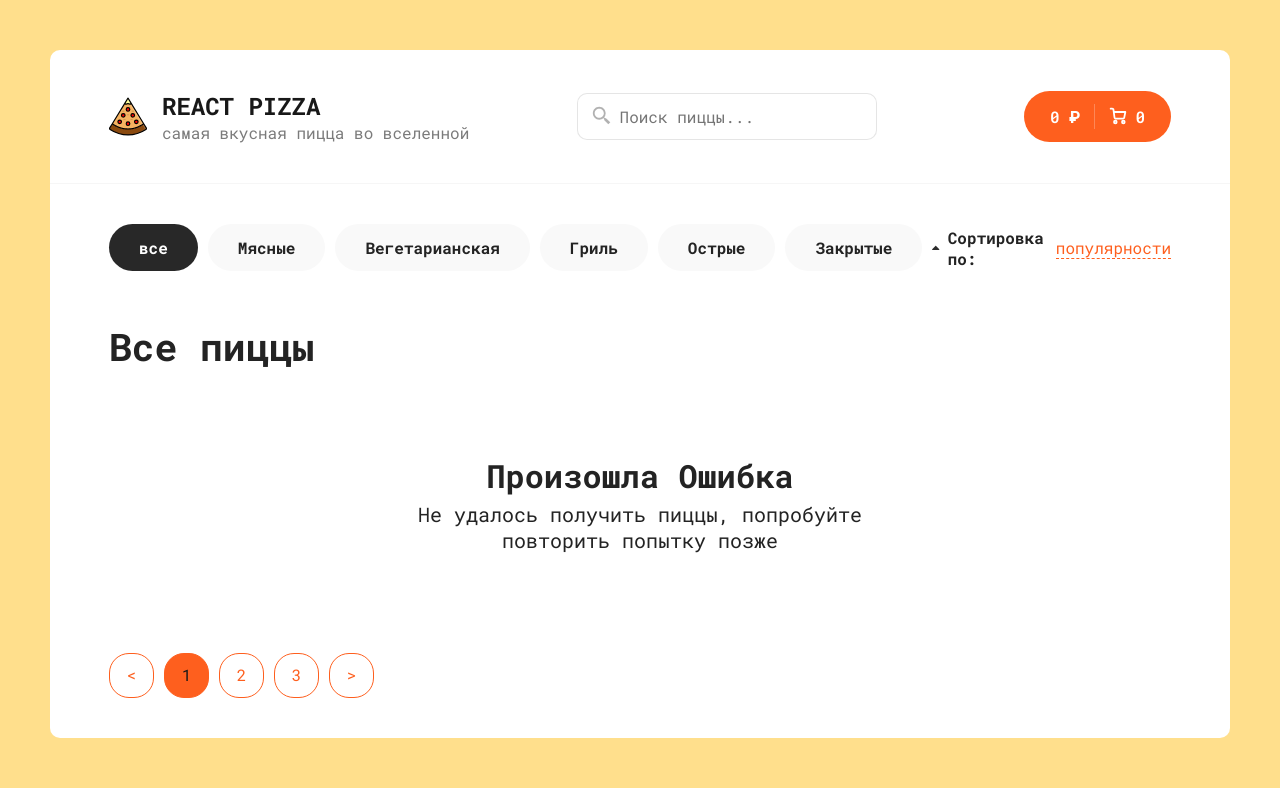
Repository: TI-IT/react-pizza2
Page: /
These files come from the project's save history. The page is drawn as it stood at one moment and after the next save; the edit follows.
The browser window is 1280 px wide. The pictures show the whole page.
The page's requests for data from a server got no answer. The project was rebuilt for these pictures with package versions that can differ from the ones it lists, and the page was loaded fresh each time. No one was signed in, and anything a server would have sent is missing. Also part of the build but not shown: src/components/PizzaBlock.jsx, src/components/CartItem.jsx, src/components/CartEmpty.jsx, src/pages/Cart.jsx, src/pages/FullPizza.jsx, src/components/NotFoundBlock/NotFounBlock.module.scss, src/components/NotFoundBlock/index.jsx, src/pages/NotFound.tsx.

Above is the page before, as saved 2022-10-22 21:02:25.

### public/index.html
<!DOCTYPE html>
<html lang="en">
  <head>
    <meta charset="utf-8" />
    <link rel="icon" href="%PUBLIC_URL%/favicon.ico" />
    <link rel="preconnect" href="https://fonts.googleapis.com" />
    <link rel="preconnect" href="https://fonts.gstatic.com" crossorigin />
    <link
      href="https://fonts.googleapis.com/css2?family=Roboto+Mono:wght@300;400;500;600;700&display=swap"
      rel="stylesheet"
    />
    <meta name="viewport" content="width=device-width, initial-scale=1" />
    <meta name="theme-color" content="#000000" />
    <meta
      name="description"
      content="Web site created using create-react-app"
    />
    <link rel="apple-touch-icon" href="%PUBLIC_URL%/logo192.png" />
    <!--
      manifest.json provides metadata used when your web app is installed on a
      user's mobile device or desktop. See https://developers.google.com/web/fundamentals/web-app-manifest/
    -->
    <link rel="manifest" href="%PUBLIC_URL%/manifest.json" />
    <!--
      Notice the use of %PUBLIC_URL% in the tags above.
      It will be replaced with the URL of the `public` folder during the build.
      Only files inside the `public` folder can be referenced from the HTML.

      Unlike "/favicon.ico" or "favicon.ico", "%PUBLIC_URL%/favicon.ico" will
      work correctly both with client-side routing and a non-root public URL.
      Learn how to configure a non-root public URL by running `npm run build`.
    -->
    <title>React App</title>
  </head>
  <body>
    <noscript>You need to enable JavaScript to run this app.</noscript>
    <div id="root"></div>
    <!--
      This HTML file is a template.
      If you open it directly in the browser, you will see an empty page.

      You can add webfonts, meta tags, or analytics to this file.
      The build step will place the bundled scripts into the <body> tag.

      To begin the development, run `npm start` or `yarn start`.
      To create a production bundle, use `npm run build` or `yarn build`.
    -->
  </body>
</html>

### src/index.tsx
import React from 'react'
import ReactDOM from 'react-dom/client'
import { BrowserRouter } from 'react-router-dom'
import { Provider } from 'react-redux'
import App from './App'
import { store } from './redux/store'

const root = ReactDOM.createRoot(document.getElementById('root'))
root.render(
  <BrowserRouter>
    <Provider store={store}>
      <App />
    </Provider>
  </BrowserRouter>
)

### src/App.js
import React from 'react'
import Header from './components/Header'
import Home from './pages/Home'
import Cart from './pages/Cart'
import FullPizza from './pages/FullPizza.jsx'
import NotFound from './pages/NotFound'
import { Routes, Route, Outlet } from 'react-router-dom'
import './scss/app.scss'

function Parent({ children }) {
  return (
    <div>
      <h1>Заголовок</h1>
      <Outlet />
      <h2>656565656</h2>
    </div>
  )
}

function App() {
  return (
    <div className="wrapper">
      <Header />
      <div className="content">
        <Routes>
          <Route path="/" element={<Home />} />
          <Route path="/cart" element={<Cart />} />
          <Route path="/pizza/:id" element={<FullPizza />} />
          <Route path="*" element={<NotFound />} />
        </Routes>
      </div>
    </div>
  )
}
export default App

### src/components/Header.jsx
import { Link, useLocation } from 'react-router-dom'
import { useSelector } from 'react-redux'
import logoSVG from '../assets/img/pizza-logo.svg'
import Search from './Search'
import { selectCart } from '../redux/slices/cartSlice'

function Header() {
  const { items, totalPrice } = useSelector(selectCart)
  const location = useLocation()

  const totalCount = items.reduce((sum, item) => sum + item.count, 0)

  return (
    <div className="header">
      <div className="container">
        <Link to="/">
          <div className="header__logo">
            <img width="38" src={logoSVG} alt="Pizza logo" />
            <div>
              <h1>React Pizza</h1>
              <p>самая вкусная пицца во вселенной</p>
            </div>
          </div>
        </Link>
        <Search />
        <div className="header__cart">
          {location.pathname !== '/cart' && (
            <Link to="/cart" className="button button--cart">
              <span>{totalPrice} ₽</span>
              <div className="button__delimiter"></div>
              <svg
                width="18"
                height="18"
                viewBox="0 0 18 18"
                fill="none"
                xmlns="http://www.w3.org/2000/svg">
                <path
                  d="M6.33333 16.3333C7.06971 16.3333 7.66667 15.7364 7.66667 15C7.66667 14.2636 7.06971 13.6667 6.33333 13.6667C5.59695 13.6667 5 14.2636 5 15C5 15.7364 5.59695 16.3333 6.33333 16.3333Z"
                  stroke="white"
                  strokeWidth="1.8"
                  strokeLinecap="round"
                  strokeLinejoin="round"
                />
                <path
                  d="M14.3333 16.3333C15.0697 16.3333 15.6667 15.7364 15.6667 15C15.6667 14.2636 15.0697 13.6667 14.3333 13.6667C13.597 13.6667 13 14.2636 13 15C13 15.7364 13.597 16.3333 14.3333 16.3333Z"
                  stroke="white"
                  strokeWidth="1.8"
                  strokeLinecap="round"
                  strokeLinejoin="round"
                />
                <path
                  d="M4.78002 4.99999H16.3334L15.2134 10.5933C15.1524 10.9003 14.9854 11.176 14.7417 11.3722C14.4979 11.5684 14.1929 11.6727 13.88 11.6667H6.83335C6.50781 11.6694 6.1925 11.553 5.94689 11.3393C5.70128 11.1256 5.54233 10.8295 5.50002 10.5067L4.48669 2.82666C4.44466 2.50615 4.28764 2.21182 4.04482 1.99844C3.80201 1.78505 3.48994 1.66715 3.16669 1.66666H1.66669"
                  stroke="white"
                  strokeWidth="1.8"
                  strokeLinecap="round"
                  strokeLinejoin="round"
                />
              </svg>
              <span>{totalCount}</span>
            </Link>
          )}
        </div>
      </div>
    </div>
  )
}

export default Header

### src/pages/Home.jsx
import React from 'react'
import qs from 'qs'
import { Link, useNavigate } from 'react-router-dom'
import { useSelector, useDispatch } from 'react-redux'

import {
  selectFilter,
  setCategoryId,
  setCurrentPage,
  setFilters
} from '../redux/slices/filterSlice'

import Categories from '../components/Categories'
import Sort, { sortList } from '../components/Sort'
import PizzaBlock from '../components/PizzaBlock'
import Skeleton from '../components/PizzaBlock/Skeleton'
import Pagination from '../components/Pagination'
import { fetchPizzas, selectPizzaData } from '../redux/slices/pizzaSlice'

const Home = () => {
  const navigate = useNavigate()
  const dispatch = useDispatch()
  const isSearch = React.useRef(false)
  const isMaunted = React.useRef(false)

  const { items, status } = useSelector(selectPizzaData)
  const { categoryId, sort, currentPage, searchValue } = useSelector(selectFilter)

  const onChangeCategory = id => {
    dispatch(setCategoryId(id))
  }
  const onChangePage = number => {
    dispatch(setCurrentPage(number))
  }

  const getPizzas = async () => {
    const order = sort.sortProperty.includes('-') ? 'asc' : 'desc'
    const sortBy = sort.sortProperty.replace('-', '')
    const category = categoryId > 0 ? `category=${categoryId}` : ''
    const search = searchValue ? `&search=${searchValue}` : ''

    dispatch(
      fetchPizzas({
        order,
        sortBy,
        category,
        search,
        currentPage
      })
    )

    window.scrollTo(0, 0)
  }

  //***---React Pizza v2 — Сохраняем параметры фильтрации в URL---***
  //шаг 2
  //Если изменили параметры и был первый рендер
  React.useEffect(() => {
    if (isMaunted.current) {
      const queryString = qs.stringify({
        sortProperty: sort.sortProperty,
        categoryId,
        currentPage
      })
      navigate(`?${queryString}`)
    }
    isMaunted.current = true
  }, [categoryId, sort.sortProperty, currentPage])

  //***---React Pizza v2 — Сохраняем параметры фильтрации в URL---***
  //шаг 1
  //Если был первый рендер, то проверяем URL-параметры и сохроняем в редуксе
  React.useEffect(() => {
    if (window.location.search) {
      //параметры адресной строки преврощаем в объект -qs.parse
      const params = qs.parse(window.location.search.substring(1))
      const sort = sortList.find(obj => obj.sortProperty === params.sortProperty)
      dispatch(
        setFilters({
          ...params,
          sort
        })
      )

      isSearch.current = true
    }
  }, [])

  //Загрузка один раз
  //***---React Pizza v2 — Сохраняем параметры фильтрации в URL---***
  //шаг 3
  //Если был первый рендер, то запрашиваем пиццы
  React.useEffect(() => {
    getPizzas()
  }, [categoryId, sort.sortProperty, searchValue, currentPage])

  const pizzas = items.map(obj => (
    <Link key={obj.id} to={`/pizza/${obj.id}`}>
      <PizzaBlock {...obj} />
    </Link>
  ))
  const sceletons = [...new Array(6)].map((_, index) => <Skeleton key={index} />)

  return (
    <div className="container">
      <div className="content__top">
        <Categories value={categoryId} onChangeCategory={id => onChangeCategory(id)} />
        <Sort />
      </div>
      <h2 className="content__title">Все пиццы</h2>
      {status === 'error' ? (
        <div className="content__error-info">
          <h2>Произошла Ошибка</h2>
          <p>Не удалось получить пиццы, попробуйте повторить попытку позже</p>
        </div>
      ) : (
        <div className="content__items">{status === 'loading' ? sceletons : pizzas}</div>
      )}
      <Pagination currentPage={currentPage} onChangePage={onChangePage} />
    </div>
  )
}

export default Home

### src/components/Search/index.jsx
import React from 'react'
import debounce from 'lodash.debounce'
import styles from './Search.module.scss'
import { useDispatch } from 'react-redux'
import { setSearchValue } from '../../redux/slices/filterSlice'

const Search = () => {
  const dispatch = useDispatch()
  const [value, setValue] = React.useState('')
  const inputRef = React.useRef()

  const onClickClear = () => {
    dispatch(setSearchValue(''))
    setValue('')
    inputRef.current.focus()
  }

  const updateSearchValue = React.useCallback(
    debounce(str => {
      dispatch(setSearchValue(str))
    }, 350),
    []
  )

  const onChangeInput = event => {
    setValue(event.target.value)
    updateSearchValue(event.target.value)
  }

  return (
    <div className={styles.root}>
      <svg
        className={styles.icon}
        height="24"
        viewBox="0 0 24 24"
        width="24"
        xmlns="http://www.w3.org/2000/svg">
        <path d="M19.023 16.977a35.13 35.13 0 0 1-1.367-1.384c-.372-.378-.596-.653-.596-.653l-2.8-1.337A6.962 6.962 0 0 0 16 9c0-3.859-3.14-7-7-7S2 5.141 2 9s3.14 7 7 7c1.763 0 3.37-.66 4.603-1.739l1.337 2.8s.275.224.653.596c.387.363.896.854 1.384 1.367l1.358 1.392.604.646 2.121-2.121-.646-.604c-.379-.372-.885-.866-1.391-1.36zM9 14c-2.757 0-5-2.243-5-5s2.243-5 5-5 5 2.243 5 5-2.243 5-5 5z" />
      </svg>
      <input
        ref={inputRef}
        value={value}
        onChange={onChangeInput}
        className={styles.input}
        placeholder="Поиск пиццы..."
      />
      {value && (
        <svg
          onClick={onClickClear}
          className={styles.clearIcon}
          height="48"
          viewBox="0 0 48 48"
          width="48"
          xmlns="http://www.w3.org/2000/svg">
          <path d="M38 12.83L35.17 10 24 21.17 12.83 10 10 12.83 21.17 24 10 35.17 12.83 38 24 26.83 35.17 38 38 35.17 26.83 24z" />
          <path d="M0 0h48v48H0z" fill="none" />
        </svg>
      )}
    </div>
  )
}
export default Search

### src/components/Categories.tsx
import React from 'react'

function Categories({ value, onChangeCategory }) {
  const categories = ['все', 'Мясные', 'Вегетарианская', 'Гриль', 'Острые', 'Закрытые']

  return (
    <div className="categories">
      <ul>
        {categories.map((categoryName, i) => (
          <li key={i} onClick={() => onChangeCategory(i)} className={value === i ? 'active' : ''}>
            {categoryName}
          </li>
        ))}
      </ul>
    </div>
  )
}
export default Categories

### src/components/Sort.jsx
import React from 'react'
import { useSelector, useDispatch } from 'react-redux'
import { selectSort, setSort } from '../redux/slices/filterSlice'
export const sortList = [
  { name: 'популярности(DESC)', sortProperty: 'rating' },
  { name: 'популярности(ASC)', sortProperty: '-rating' },
  { name: 'цене(DESC)', sortProperty: 'price' },
  { name: 'цене(ASC)', sortProperty: '-price' },
  { name: 'алфавиту(DESC)', sortProperty: 'title' },
  { name: 'алфавиту(ASC)', sortProperty: '-title' }
]

function Sort() {
  const dispatch = useDispatch()
  const sort = useSelector(selectSort)
  const sortRef = React.useRef()

  const [open, setOpen] = React.useState(false)

  const onClickListItem = obj => {
    dispatch(setSort(obj))
    setOpen(false)
  }

  React.useEffect(() => {
    const handleClickoutside = event => {
      if (!event.path.includes(sortRef.current)) {
        setOpen(false)
      }
    }
    document.body.addEventListener('click', handleClickoutside)

    return () => document.body.removeEventListener('click', handleClickoutside)
  }, [])

  return (
    <div ref={sortRef} className="sort">
      <div className="sort__label">
        <svg
          width="10"
          height="6"
          viewBox="0 0 10 6"
          fill="none"
          xmlns="http://www.w3.org/2000/svg">
          <path
            d="M10 5C10 5.16927 9.93815 5.31576 9.81445 5.43945C9.69075 5.56315 9.54427 5.625 9.375 5.625H0.625C0.455729 5.625 0.309245 5.56315 0.185547 5.43945C0.061849 5.31576 0 5.16927 0 5C0 4.83073 0.061849 4.68424 0.185547 4.56055L4.56055 0.185547C4.68424 0.061849 4.83073 0 5 0C5.16927 0 5.31576 0.061849 5.43945 0.185547L9.81445 4.56055C9.93815 4.68424 10 4.83073 10 5Z"
            fill="#2C2C2C"
          />
        </svg>
        <b>Сортировка по:</b>
        <span onClick={() => setOpen(!open)}>{sort.name}</span>
      </div>
      {open && (
        <div className="sort__popup">
          <ul>
            {sortList.map((obj, i) => (
              <li
                key={i}
                onClick={() => onClickListItem(obj)}
                className={sort.sortProperty === obj.sortProperty ? 'active' : ''}>
                {obj.name}
              </li>
            ))}
          </ul>
        </div>
      )}
    </div>
  )
}

export default Sort

### src/components/PizzaBlock/Skeleton.jsx
import React from 'react'
import ContentLoader from 'react-content-loader'

const Skeleton = props => (
  <ContentLoader
    className="pizza-block"
    speed={2}
    width={280}
    height={465}
    viewBox="0 0 280 465"
    backgroundColor="#f3f3f3"
    foregroundColor="#ecebeb">
    <circle cx="134" cy="127" r="98" />
    <rect x="0" y="465" rx="5" ry="5" width="280" height="32" />
    <rect x="28" y="231" rx="7" ry="7" width="218" height="22" />
    <rect x="33" y="271" rx="19" ry="19" width="213" height="69" />
    <rect x="30" y="365" rx="1" ry="1" width="88" height="27" />
    <rect x="141" y="362" rx="17" ry="17" width="106" height="35" />
  </ContentLoader>
)

export default Skeleton

### src/components/Pagination/index.jsx
import React from 'react'
import ReactPaginate from 'react-paginate'
import styles from './Pagination.module.scss'

const Pagination = ({ onChangePage, currentPage }) => {
  return (
    <div>
      <ReactPaginate
        className={styles.root}
        breakLabel="..."
        nextLabel=">"
        previousLabel="<"
        onPageChange={e => onChangePage(e.selected + 1)}
        pageRangeDisplayed={4}
        pageCount={3}
        forcePage={currentPage - 1}
        renderOnZeroPageCount={null}
      />
    </div>
  )
}

export default Pagination

### src/scss/libs/_normalize.scss
* {
  padding: 0;
  margin: 0;
  list-style: none;
  outline: none;
  font-family: 'Roboto Mono', Roboto, system-ui, Tahoma, sans-serif;
  box-sizing: border-box;
}

html {
  -ms-text-size-adjust: 100%;
  -webkit-text-size-adjust: 100%;
}

body {
  -moz-osx-font-smoothing: grayscale;
  -webkit-font-smoothing: antialiased;
  color: $black;
}

a,
span,
p,
b,
h1,
h2,
h3,
h4,
h5 {
  color: $black;
}

h1 {
  font-size: 48px;
}

h2 {
  font-weight: 600;
  font-size: 28px;
  line-height: 30px;
}

a {
  text-decoration: none;
}

@mixin noselect {
  -webkit-touch-callout: none; /* iOS Safari */
  -webkit-user-select: none; /* Safari */
  -khtml-user-select: none; /* Konqueror HTML */
  -moz-user-select: none; /* Old versions of Firefox */
  -ms-user-select: none; /* Internet Explorer/Edge */
  user-select: none; /* Non-prefixed version, currently
                                  supported by Chrome, Opera and Firefox */
}

### src/scss/components/_header.scss
@import '../variables.scss';

.header {
  border-bottom: 1px solid $gray-line;
  padding: 40px 0;

  .container {
    display: flex;
    align-items: center;
    justify-content: space-between;

    @media (max-width: 645px) {
      flex-direction: column;
      .header__cart {
        margin-top: 20px;
      }
    }
  }

  &__logo {
    display: flex;

    img {
      margin-right: 15px;
    }

    h1 {
      color: #181818;
      font-size: 24px;
      letter-spacing: 1%;
      text-transform: uppercase;
      font-weight: 800;
    }

    p {
      color: #7b7b7b;
    }
  }
}

### src/scss/components/_button.scss
@import '../variables.scss';

.button {
  display: inline-block;
  background-color: $orange;
  border-radius: 30px;
  padding: 10px 20px;
  min-width: 100px;
  text-align: center;
  cursor: pointer;
  transition: background-color $duration ease-in-out, border-color $duration ease-in-out;
  border: 1px solid transparent;
  @include noselect();

  &,
  span {
    color: #fff;
  }

  i,
  span,
  path,
  svg {
    transition: all $duration ease-in-out;
  }

  &:hover {
    background-color: darken($orange, 8%);
  }

  &:active {
    background-color: darken($orange, 12%);
    transform: translateY(1px);
  }

  &--circle {
    display: flex;
    align-items: center;
    justify-content: center;
    width: 32px;
    height: 32px;
    min-width: 32px;
    padding: 0;
    border-width: 2px;
  }

  &--black {
    background-color: $black;

    &:hover,
    &:active {
      background-color: lighten($color: $black, $amount: 10);
    }
  }

  &--outline {
    background-color: #fff;
    border-color: $orange;
    &,
    span {
      color: $orange;
    }

    svg {
      path {
        fill: $orange;
      }
    }

    &:hover {
      background-color: $orange;

      &,
      span {
        color: #fff;
      }

      svg {
        path {
          fill: #fff;
        }
      }
    }

    &:active {
      background-color: darken($orange, 8%);
    }
  }

  &__delimiter {
    width: 1px;
    height: 25px;
    background-color: rgba(255, 255, 255, 0.25);
    margin-left: 14px;
    margin-right: 14px;
  }

  &--add {
    svg {
      margin-right: 2px;
    }

    span {
      font-weight: 600;
      font-size: 16px;
    }

    &:hover {
      i {
        background-color: #fff;
        color: $orange;
      }
    }

    i {
      display: inline-block;
      border-radius: 30px;
      background-color: $orange;
      color: #fff;
      font-weight: 600;
      width: 22px;
      height: 22px;
      font-style: normal;
      font-size: 13px;
      line-height: 22px;
      position: relative;
      top: -1px;
      left: 3px;
    }
  }

  &--cart {
    display: flex;
    align-items: center;
    line-height: 23px;
    padding: 12px 25px;

    svg {
      margin-right: 8px;
      margin-bottom: 1px;
    }

    span {
      font-weight: 600;
      font-size: 16px;
    }
  }
}

### src/scss/components/_sort.scss
@import '../variables.scss';

.sort {
  position: relative;
  &__label {
    display: flex;
    align-items: center;

    svg {
      margin-right: 8px;
    }

    b {
      margin-right: 8px;
    }

    span {
      color: $orange;
      border-bottom: 1px dashed $orange;
      cursor: pointer;
    }
  }

  &__popup {
    position: absolute;
    right: 0;
    margin-top: 15px;
    background: #ffffff;
    box-shadow: 0px 5px 15px rgba(0, 0, 0, 0.09);
    border-radius: 10px;
    overflow: hidden;
    padding: 10px 0;

    ul {
      overflow: hidden;
      li {
        padding: 12px 20px;
        cursor: pointer;

        &.active,
        &:hover {
          background: rgba(254, 95, 30, 0.05);
        }

        &.active {
          font-weight: bold;
          color: $orange;
        }
      }
    }
  }
}

### src/scss/components/_pizza-block.scss
@import '../variables.scss';

.pizza-block {
  width: 280px;
  text-align: center;
  margin-bottom: 65px;

  &-wrapper {
    display: flex;
    justify-content: center;
  }

  &__image {
    width: 260px;
  }

  &__title {
    font-size: 20px;
    font-weight: 900;
    letter-spacing: 1%;
    margin-bottom: 20px;
  }

  &__selector {
    display: flex;
    background-color: #f3f3f3;
    border-radius: 10px;
    flex-direction: column;
    padding: 6px;

    ul {
      display: flex;
      flex: 1;

      &:first-of-type {
        margin-bottom: 6px;
      }

      li {
        padding: 8px;
        flex: 1;
        cursor: pointer;
        font-weight: 600;
        font-size: 14px;
        @include noselect();
        &.active {
          background: #ffffff;
          box-shadow: 0px 2px 4px rgba(0, 0, 0, 0.04);
          border-radius: 5px;
          cursor: auto;
        }
      }
    }
  }

  &__bottom {
    display: flex;
    align-items: center;
    justify-content: space-between;
    margin-top: 20px;
  }

  &__price {
    font-weight: bold;
    font-size: 22px;
    line-height: 27px;
    letter-spacing: 0.015em;
  }
}

### src/components/Search/Search.module.scss
.root {
  position: relative;
  left: -20px;
}

.input {
  border: 1px solid rgba(0, 0, 0, 0.1);
  padding: 12px 20px;
  padding-left: 42px;
  width: 300px;
  border-radius: 10px;
  font-size: 16px;

  &:focus {
    border: 1.5px solid rgba(151, 81, 16, 0.4);
  }
}
.icon {
  width: 22px;
  height: 22px;
  opacity: 0.3;
  position: absolute;
  left: 14px;
  top: 12px;
}
.clearIcon {
  width: 18px;
  height: 18px;
  opacity: 0.3;
  position: absolute;
  right: 15px;
  top: 15px;
  cursor: pointer;

  &:hover {
    opacity: 0.8;
  }
}

### src/components/Pagination/Pagination.module.scss
.root {
  li {
    display: inline-block;
  }

  a {
    text-align: center;
    width: 45px;
    line-height: 42px;
    height: 45px;
    border: 1px solid #fe5f1e;
    border-radius: 20px;
    margin-right: 10px;
    cursor: pointer;
    display: inline-block;
    color: #fe5f1e;
    &:hover {
      background-color: gold;
      a {
        color: rgb(255, 255, 255);
      }
    }
  }
  :global {
    .selected {
      a {
        background-color: #fe5f1e;
        color: rgb(22, 24, 24);
      }
    }
  }
}

Loaded but not shown: src/scss/_variables.scss (common file); src/scss/components/_all.scss (common file); src/scss/components/_categories.scss (common file); src/redux/slices/pizzaSlice.js (51 lines, source omitted); src/redux/slices/cartSlice.js (47 lines, source omitted); src/redux/slices/filterSlice.js (43 lines, source omitted); src/redux/store.js (12 lines, source omitted); src/scss/app.scss (386 lines, source omitted)

After the next save:
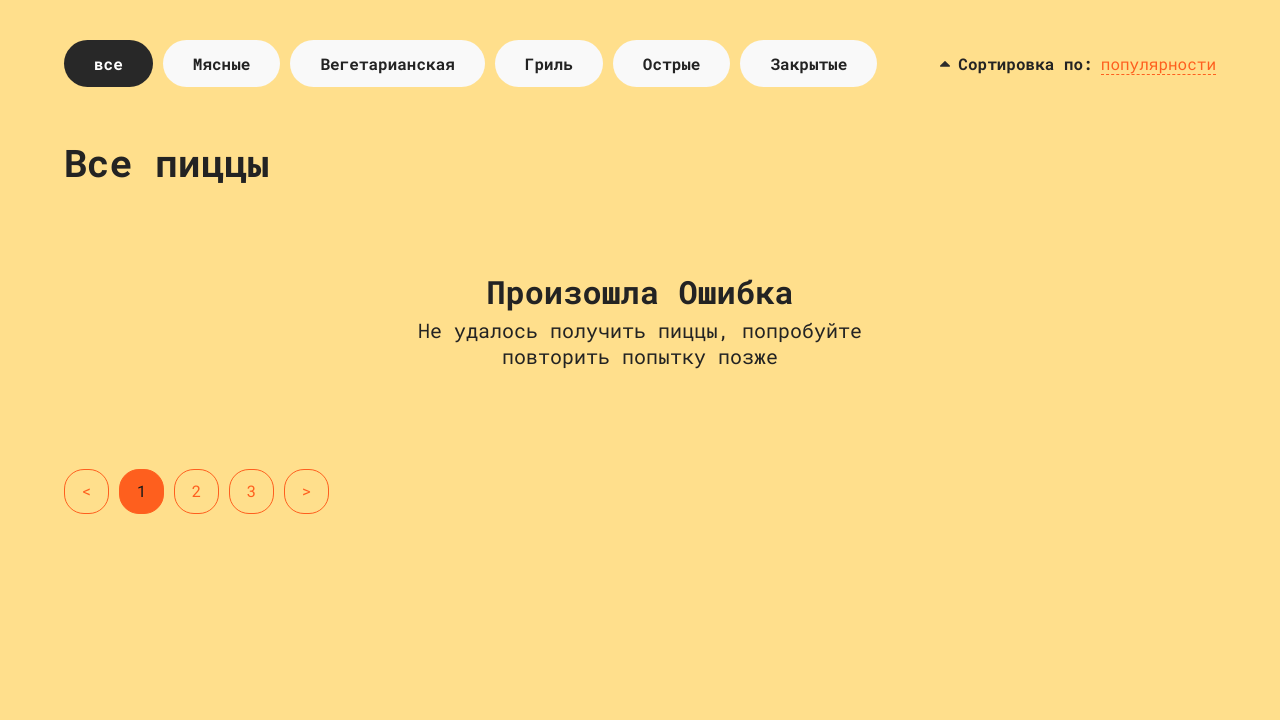
Saved 30 s later.
--- a/src/App.js
+++ b/src/App.js
@@ -19,16 +19,13 @@ function Parent({ children }) {
 
 function App() {
   return (
-    <div className="wrapper">
-      <Header />
-      <div className="content">
-        <Routes>
-          <Route path="/" element={<Home />} />
-          <Route path="/cart" element={<Cart />} />
-          <Route path="/pizza/:id" element={<FullPizza />} />
-          <Route path="*" element={<NotFound />} />
-        </Routes>
-      </div>
+    <div className="content">
+      <Routes>
+        <Route path="/" element={<Home />} />
+        <Route path="/cart" element={<Cart />} />
+        <Route path="/pizza/:id" element={<FullPizza />} />
+        <Route path="*" element={<NotFound />} />
+      </Routes>
     </div>
   )
 }
